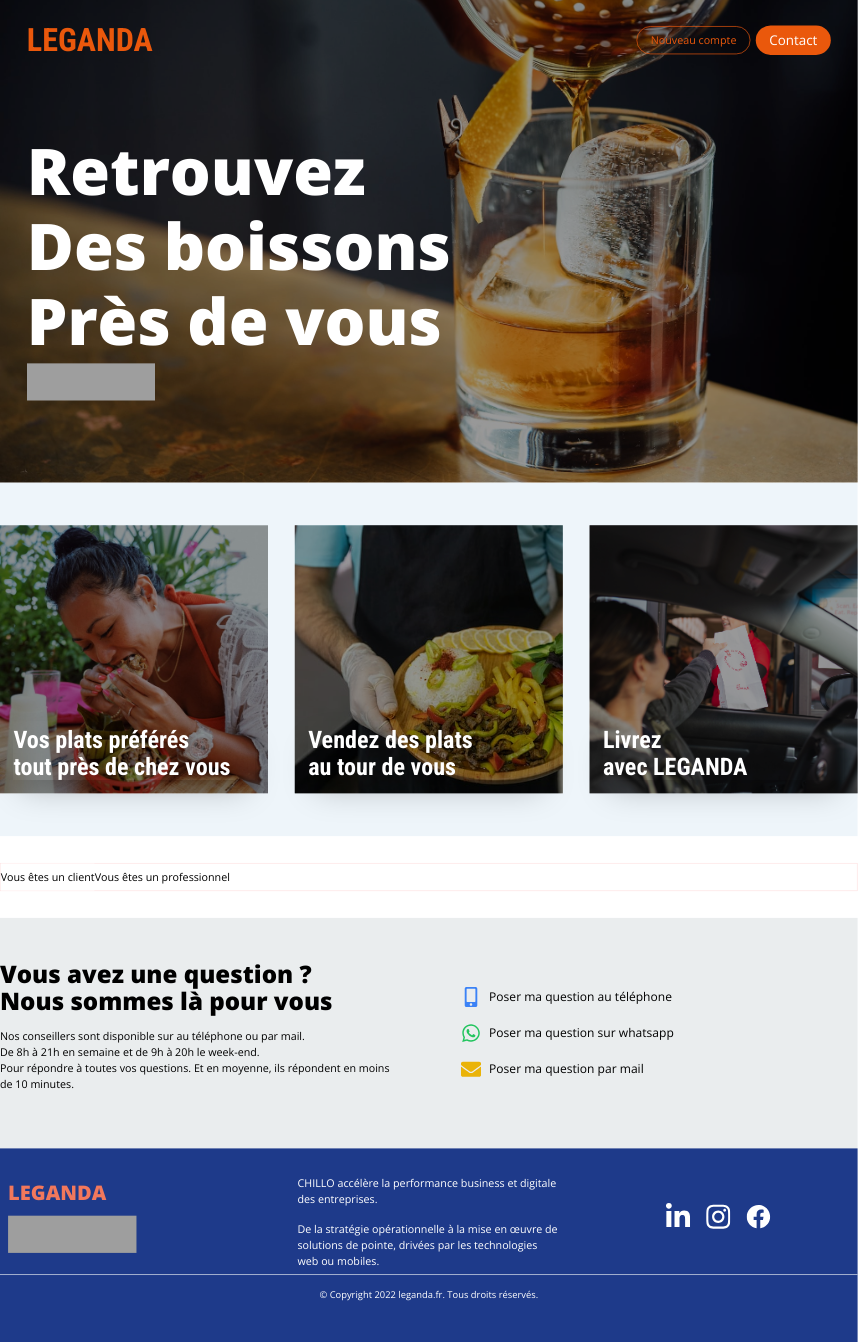
Repository: chillo-tech/website-leganda
Page: /
These files come from the project's save history. The page is drawn as it stood at one moment and after the next save; the edit follows.
The browser window is 1280 px wide. The pictures show the whole page, at 67% of full size.
Pictures or frames that could not be fetched are drawn as grey boxes. The project was rebuilt for these pictures with package versions that can differ from the ones it lists, and the page was loaded fresh each time. Some packages were replaced by stand-ins written for this rebuild. The framework's server and built-in components were replaced by stand-ins that run in the browser. Also part of the build but not shown: next.config.js, components/header/items/SearchBar.tsx.

Above is the page before, as saved 2023-02-09 11:26:04.

### pages/_document.tsx
import { Html, Head, Main, NextScript } from 'next/document'
import Footer from '../components/footer/Footer';

export default function Document() {
	return (
		<Html className="scroll-smooth">
			<Head>
        <link rel="preconnect" href="https://fonts.googleapis.com"/>
        <link rel="preconnect" href="https://fonts.gstatic.com"/>
        <link href="https://fonts.googleapis.com/css2?family=Open+Sans:ital,wght@0,300;0,800;1,800&family=Roboto&family=Roboto+Condensed:wght@700&display=swap" rel="stylesheet"/>
        <link rel="icon" href="/favicon.ico" />
			</Head>
			<body className='flex flex-col h-screen justify-between'>
				<Main />
				<NextScript />
				<Footer />
        <script defer type="text/javascript" src="https://maps.googleapis.com/maps/api/js?key=AIzaSyBoBBvzxlRlkbfYzZcHp8ALOwBk3YjfB-I&libraries=places" />
			</body>
		</Html>
	)
}

### styles/globals.css
@tailwind base;
@tailwind components;
@tailwind utilities;
body {
  font-family: 'Open Sans', 'Roboto', sans-serif;
}
.title {
  font-family: 'Roboto Condensed', sans-serif;
}
@layer base {
  [type="text"],
  [type="email"],
  [type="url"],
  [type="password"],
  [type="number"],
  [type="date"],
  [type="datetime-local"],
  [type="month"],
  [type="search"],
  [type="tel"],
  [type="time"],
  [type="week"],
  [multiple],
  textarea,
  select {
    @apply w-full border-gray-300 rounded-lg shadow-sm focus:border-blue-500 focus:ring-blue-500;
  }
  [type="checkbox"],
  [type="radio"] {
    @apply border-gray-300 rounded text-blue-600 focus:ring-blue-500;
  }
}

.bg-site-blue {
    background-color: #86aec0;
    color: #000000;
}

.bg-site-orange {
    background-color: #f6ac9f;
}

.color-site-blue {
   color: #86aec0;
}

.color-site-orange {
    color: #f2785c;
}

.home-page-article {
  min-height: 400px;
}

### context/search-context-provider.tsx
import { SearchParams } from '../types';
import { Context,createContext, useMemo, useReducer, useCallback } from 'react'
import SearchReducer from './SearchReducer';
import { Param } from '../types/Param';
import { INITIAL_STATE, UPDATE_SEARCH_CRITERIA } from '../utils';
import { SearchContextData } from '../types/SerchContextData';
type Props = {
  children: JSX.Element,
};
export const SearchContext = createContext<SearchContextData>({state: INITIAL_STATE});
function SearchContextProvider({children}: Props) {
  const [state, dispatch] = useReducer(SearchReducer, INITIAL_STATE);

  const update = useCallback(
    (data: Param) =>
      dispatch({
        type: UPDATE_SEARCH_CRITERIA,
        data
      }),
    [],
  );
  const value = useMemo(
    () => ({state, update }),
    [state,update],
  );
  return (
    <SearchContext.Provider value={value}>
      {children}
    </SearchContext.Provider>
  )
}

export default SearchContextProvider;

### components/footer/Footer.tsx

import React from 'react';
import { FaFacebook, FaInstagram, FaLinkedinIn } from 'react-icons/fa';
import Link from 'next/link'
import { cn, STORES } from '../../utils';
import Image from 'next/image';
function Footer() {
	return (
			<footer className="bg bg-blue-900 text-white pb-10 pt-10 font-extralight flex flex-col" id="a-propos-de-nous">
				<div className="container mx-auto px-3">
					<div className="grid grid-cols-1 gap-10 md:grid-cols-3 md:p-0 items-center">
						<div className="presentation">
              <Link href='/' className='mb-5 color-site-orange uppercase font-extrabold text-3xl'>LEGANDA
              </Link>
              <p className="flex py-4 items-center justify-center md:justify-start">
                {STORES.filter((item: any) => item.active).map((item: any, index: number) => (
                    <Link
                        href="#"
                        target="_blank"
                        key={`liens-${index}`}
                        className="block items-center py-2 w-48 h-14 relative">
                      <Image
                          fill={true}
                          src={`/images/${item.image}`}
                          alt={item?.label}
                      />
                    </Link>
                ))}
              </p>
						</div>
						<div className="presentation">
							<p className='mb-5'>CHILLO accélère la performance business et digitale des entreprises. </p>
							<p>De la stratégie opérationnelle
								à la mise en œuvre de solutions de pointe, drivées par les technologies web ou mobiles.</p>
						</div>
						<div className="presentation flex flex-col items-center justify-center">
							<div className='px-10 flex items-center justify-between text-center'>
								<FaLinkedinIn color='text-slate-300' className='px-3 text-6xl'/>
								<FaInstagram className='px-3 text-6xl'/>
								<FaFacebook className='px-3 text-6xl'/>
							</div>
							<div className='py-2'>

							</div>
						</div>
					</div>
				</div>
				<div className="copyright border-top-1 mt-2 font-light">
					<div className="container py-5 text-sm mx-auto text-center border-solid border-t border-slate-200">
						&copy; Copyright {(new Date()).getFullYear()} leganda.fr. Tous droits réservés.
					</div>
				</div>
			</footer>

	);
}

export default Footer;

### components/questions/Questions.tsx
import Link from 'next/link'
import React from 'react'
import { FaEnvelope, FaMobileAlt, FaWhatsapp } from 'react-icons/fa'

function Questions() {
  return (
    <section className='py-16 bg-app-light-green'>
        <div className="container grid md:grid-cols-2 md:gap-24 items-center px-3 md:px-0">
          <article>
            <h2 className='md:text-4xl text-3xl font-semibold text-black'>
              <p className='p-0 m-0'>Vous avez une question ?</p>
              <p className='p-0 m-0'>Nous sommes là pour vous</p>
            </h2>
            <div className='py-5'>
              <p className='p-0 m-0'>Nos conseillers sont disponible sur au téléphone ou par mail.</p>
              <p className='p-0 m-0'>De 8h à 21h en semaine et de 9h à 20h le week-end.</p>
              <p className='p-0 m-0'>Pour répondre à toutes vos questions. Et en moyenne, ils répondent en moins de 10 minutes.</p>
            </div>
          </article>
          <article>
              <Link href="tel:0033761705745" className='py-3 text-lg flex'>
                  <FaMobileAlt className='text-3xl text-blue-500 mr-3' /> Poser ma question au téléphone
              </Link>
              <Link href="whatsapp:0033761705745" className='py-3 text-lg flex'>
                  <FaWhatsapp className='text-3xl text-green-500 mr-3' /> Poser ma question sur whatsapp
              </Link>
              <Link href="mailto:armelle.leganda@gmail.com" className='py-3 text-lg flex'>
                  <FaEnvelope className='text-3xl text-yellow-500 mr-3' /> Poser ma question par mail
              </Link>
          </article>
        </div>
    </section>
  )
}

export default Questions

### components/header/Header.tsx
import { faPhone, faUser } from '@fortawesome/free-solid-svg-icons'
import { FontAwesomeIcon } from '@fortawesome/react-fontawesome'
import Link from 'next/link'
import React from 'react'
import SearchBar from './items/SearchBar'

function Header({withSearchBar = true}: {withSearchBar?: boolean}) {
  return (
    <header className="container py-4">
       <nav className='flex justify-between items-center'>
        <Link href="/" className='text-orange-600 uppercase title text-5xl'>LEGANDA
        </Link>
        {withSearchBar ? <SearchBar /> : null }
        <ul className='md:flex justify-between items-center hidden'>
          <li>
            <Link href="/" className='border border-orange-600 rounded-3xl px-5 py-2 text-orange-600 flex justify-between items-center'>
                <FontAwesomeIcon icon={faUser} className="hidden border-none text-xs mr-2" size='xs' />
                Nouveau compte
            </Link>
          </li>
          <li  className='ml-2'>
          <Link href="/" className='bg-orange-600 rounded-3xl text-xl px-5 font-medium py-2 flex text-white'>
              <FontAwesomeIcon icon={faPhone} className="hidden border-none mr-2"/>
              Contact
          </Link>
          </li>
        </ul>
      </nav>
    </header>
  )
}

export default Header

### utils/index.ts
export * from './clear-string';
export * from './DateFormat';
export * from './isValidPhoneNumber';
export * from './isValidEmail';
export * from './Endpoints';
export * from './Data';
export * from './request-options';

### components/tabs/index.tsx
import classNames from 'classnames';
import React, { useState } from 'react'

function Tabs({items}: any) {
  const [activeTab, setActiveTab] = useState("tab-0");
  return (
    <section className='container px-3 md:px-0 py-10'>
      <ul className='flex  border border-red-100 justtify-center items-center'>
        {items.map((item: any, index: number) => (
          <li key={`tab-${index}`} className={classNames({ 'bg-white': activeTab === `tab-${index}` })}>
            <button type='button' className='w-full py-2'>{item.label}</button>
          </li>
        ))}
      </ul>
    </section>
  )
}

export default Tabs

### utils/how-it-works.ts
const HOW_IT_WORKS: any = [
  {
    "label": "Vous êtes un client"
  },
  {
    "label": "Vous êtes un professionnel"
  }
]

export {HOW_IT_WORKS}

### context/SearchReducer.ts
import { UPDATE_SEARCH_CRITERIA } from './../utils/Data';
import { Action } from './../types/Action';
import { SearchParams } from "../types";

function SearchReducer (state: SearchParams, action: Action){
  switch(action.type){
    case UPDATE_SEARCH_CRITERIA: {
        return {
          ...state,
          [action.data.key]: action.data.value
        }
    }
  }
  return state;
}

export default SearchReducer;

### utils/clear-string.ts
export const cleanString = (entry: string) => {
	return entry ? entry.replace(/^[\s\uFEFF\xA0]+|[\s\uFEFF\xA0]+$/g, '') : '';
}

### utils/DateFormat.ts
export const getFormattedDate = (entry: Date) => {
	const year = entry.getFullYear();
	const month = `0${entry.getMonth() + 1}`.slice(-2);
	const day = `0${entry.getDate()}`.slice(-2);
	return `${day}/${month}/${year}`;
};

export const getFormattedTime = (entry: Date) => {
	const hours = `0${entry.getHours()}`.slice(-2);
	const minutes = `0${entry.getMinutes()}`.slice(-2);
	return `${hours}:${minutes}`;
};

const getWeekNumber = (entry: Date) => {
	// Copy date so don't modify original
	const date = new Date(Date.UTC(entry.getFullYear(), entry.getMonth(), entry.getDate()));
	// Set to nearest Thursday: current date + 4 - current day number
	// Make Sunday's day number 7
	date.setUTCDate(date.getUTCDate() + 4 - (date.getUTCDay() || 7));
	// Get first day of year
	const yearStart = new Date(Date.UTC(date.getUTCFullYear(), 0, 1));
	// Calculate full weeks to nearest Thursday
	return Math.ceil((((Number(date) - Number(yearStart)) / 86400000) + 1) / 7);
	// Return array of year and week number

}

export const getDayAndMonthLabel = (entry: Date) => {
	const days = ['Dimanche', 'Lundi', 'Mardi', 'Mercredi', 'Jeudi', 'Vendredi', 'Samedi'];
	const months = ["Jan.", "Fev.", "Mars", "Avr.", "MaI", "Juin",
		"Jul.", "Août", "Sep.", "Oct.", "Nov.", "Dec."
	];
	return [days[entry.getDay()], months[entry.getMonth()]];
}

export const getDisplayedDate = (entry: string = "") => {
	if (!entry.trim().length) {
		return entry;
	}
	const adWeekNo = getWeekNumber(new Date(entry));
	const todayWeekNo = getWeekNumber(new Date());
	if ((adWeekNo - todayWeekNo) > 1) {
		const [dayOfDate, month, year] = getFormattedDate(new Date(entry)).split('/');
		const [dayOfWeekLabel, monthLabel] = getDayAndMonthLabel(new Date(entry));
		return `${dayOfWeekLabel}, ${dayOfDate} ${monthLabel}`;
	} else {
		const [dayOfWeekLabel] = getDayAndMonthLabel(new Date(entry));
		return dayOfWeekLabel;
	}
};

### utils/isValidPhoneNumber.ts
export const isValidPhoneNumber = (value: string) => {
	const PHONE_REGEXP = /^0[6|7]\d{8}$/
	return PHONE_REGEXP.test(value);
}

### utils/isValidEmail.ts
export const isValidEmail = (value: string) => {
	const EMAIL_REGEXP = /^\S+@\S+\.\S+$/;
	return value.trim().length ? EMAIL_REGEXP.test(value) : true;
}

### utils/Endpoints.ts
export const LOCAL_DNS = 'http://192.168.111.244:9090';//verifier ipconfig avant d'exécuter
export const PROD_DNS = "https://api.leganda.chillo.fr";
export const IMAGES_URL = `${PROD_DNS}/assets`;
export const BACKOFFICE_URL = `${PROD_DNS}/api/v1`;
export const ADS_ENDPOINT = "ad";
export const FAVORITE_ENDPOINT = "favorite";
export const ACCOUNT_ENDPOINT = "account";
export const ADDRESS_ENDPOINT = "address";
export const CATEGORY_ENDPOINT = "category";
export const GOOGLE_PACES_API_BASE_URL = 'https://maps.googleapis.com/maps/api/place';
export const GOOGLE_PACES_API_KEY = 'AIzaSyBoBBvzxlRlkbfYzZcHp8ALOwBk3YjfB-I';
export const MAP_ZOOM = 10;
export const GOOGLE_PACES_CENTER_COORDINATES = {lat: 48.117266,lng: -1.677793};

### utils/Data.ts
import {EMAIL, PHONE} from "./providers";
export const CATEGORY_BGCOLORS = [ "#BCA1F2", "#BCDDE4", "#CFEACB", "#F4E169"];
export const PLUS_FAVORITES_UPDATED = "Super cette annonce a été ajoutée à vos favoris";
export const REMOVE_FAVORITES_UPDATED = "Cette annonce a été retirée de vos favoris";
export const AUTHENTICATED_USER = "authenticatedUser";
export const MAPBOX_ACCESSTOKEN = "pk.eyJ1IjoiYWNoaWxsZW1ib3VndWVuZyIsImEiOiJja3Zvd3EzcmswaThkMnZrZ25iYmtveDBhIn0.pDR7pKL18d3iz5NoaRmWYg";
export const RESET_AD = "RESET_AD";
export const DELETE_KEY = "DELETE_KEY";
export const SET_NUMBER_OF_CHILDREN = "SET_NUMBER_OF_CHILDREN";
export const SET_ADS = "SET_ADS";
export const SET_CATS = "SET_CATS";
export const SET_CAT = "SET_CAT";
export const SET_AD = "SET_AD";
export const SET_SELECTED_ITEM_ID = "SET_SELECTED_ITEM_ID";
export const SET_STEP_INDEX = "SET_STEP_INDEX";
export const UPDATE_AD = "UPDATE_AD";
export const UPDATE_SEARCH_CRITERIA = "UPDATE_SEARCH_CRITERIA";
export const UPDATE_USER_INFOS = "UPDATE_USER_INFOS";
export const USER_TOKEN = "USER_TOKEN";
export const SIGN_IN = 'SIGN_IN';
export const SIGN_OUT = 'SIGN_OUT';
export const SIGN_UP = 'SIGN_UP';
export const RECOMMEND_TEXT = "Bonjour, j'ai découvert cette application qui a de belles annonces. Je te la recommande";
export const RESTORE_TOKEN = "RESTORE_TOKEN";
export const AD_PLACEHOLDER = ["Taro du dimanche", "20kg à destination de Yaoundé", "Carton de Guinness", "Stage de developpeur"];
export const STORES = [
	{
		image: 'google-app-store-badge.svg',
		active: true,
		path: '#',
		label: 'LEGANDA sur PLAY STORE'
	},
	{
		image: 'apple-app-store-badge.svg',
		active: false,
		path: '#',
		label: 'LEGANDA sur APPLE STORE'
	}
]
export const HEADERS_ITEMS = [
	{
		image: '/images/food.jpeg',
		active: true,
		label: 'Des mets'
	},
	{
		image: '/images/drinks.jpeg',
		active: false,
		label: 'Des boissons'
	},
	{
		image: '/images/spices.jpeg',
		active: false,
		label: 'Des épices'
	},
	{
		image: '/images/service.jpeg',
		active: false,
		label: 'Des services'
	}
]
export const INITIAL_STATE = {
		address: {city: ''}
}

export const HELP_LINK = {
	whatsapp: `whatsapp://send?text=&phone=${PHONE}`,
	sms: `sms:${PHONE}`,
	mail: `mailto:${EMAIL}`,
	phone: `tel:${PHONE}`
}

export const SHARE_LINK = {
	whatsapp: `whatsapp://send?text=`,
	sms: `sms:body=`,
	mail: `mailto:${EMAIL}`,
	phone: `tel:${PHONE}`
}

export const MORESCREEN_DATA = [
	{
		id: 'recommendations',
		title: "Recommandations",
		items: [
			{
				id: '587',
				icon: 'thumbs-up',
				name: 'sms',
				action: 'recommend',
				title: 'Recommandez notre application',
			},
			{
				id: '588',
				icon: 'facebook',
				name: 'facebook',
				action: 'recommend',
				title: 'Aimez notre page facebook',
			},
			{
				id: '589',
				icon: 'thumbs-up',
				name: 'like',
				action: 'recommend',
				title: 'Notez nous sur le store',
			}
		]
	},
	{
		id: 'assistance',
		title: "assistance",
		items: [
			{
				id: '386',
				icon: 'whatsapp',
				name: 'whatsapp',
				action: 'help',
				title: 'Posez votre question via whatsapp',
			},
			{
				id: '387',
				icon: 'sms',
				name: 'sms',
				action: 'help',
				title: 'Posez votre question  par sms',
			},
			{
				id: '389',
				name: 'mail',
				action: 'help',
				icon: 'envelope',
				title: 'Envoyez nous un mail',
			},
			{
				id: '388',
				icon: 'phone-alt',
				name: 'phone',
				action: 'help',
				title: 'Appelez nous',
			}
		]
	}
]

export const loaderProp =({ src }: {src: string}) => {
  console.log('====================================');
  console.log(src);
  console.log('====================================');
  return src;
}
export const cn = (...classes: string[]) =>{
  return classes.filter(Boolean).join(' ')
}

### utils/request-options.ts
export const getHeaders = () => ({
	'X-Requested-With': 'XMLHttpRequest',
	'Content-Type': 'application/x-www-form-urlencode',
	Accept: "application/json"
});

### utils/providers.ts


export const PHONE = "+33761705745";
export const EMAIL = "achille.mbougueng@yahoo.fr";

export const OPENCAGE_GEOCODE_API = "https://api.opencagedata.com/geocode/v1/json";
export const OPENCAGE_API_KEY = "2dd86530d37b4cf3a321d24e6c624a40";

export const MAPBOX_API_KEY = "pk.eyJ1IjoiYWNoaWxsZW1ib3VndWVuZyIsImEiOiJja3Zvd3EzcmswaThkMnZrZ25iYmtveDBhIn0.pDR7pKL18d3iz5NoaRmWYg";
export const MAPBOX_PLACES = "https://api.mapbox.com/geocoding/v5/mapbox.places";

Loaded but not shown: pages/_app.tsx (common file); tailwind.config.js (37 lines, source omitted); pages/index.tsx (146 lines, source omitted)

After the next save:
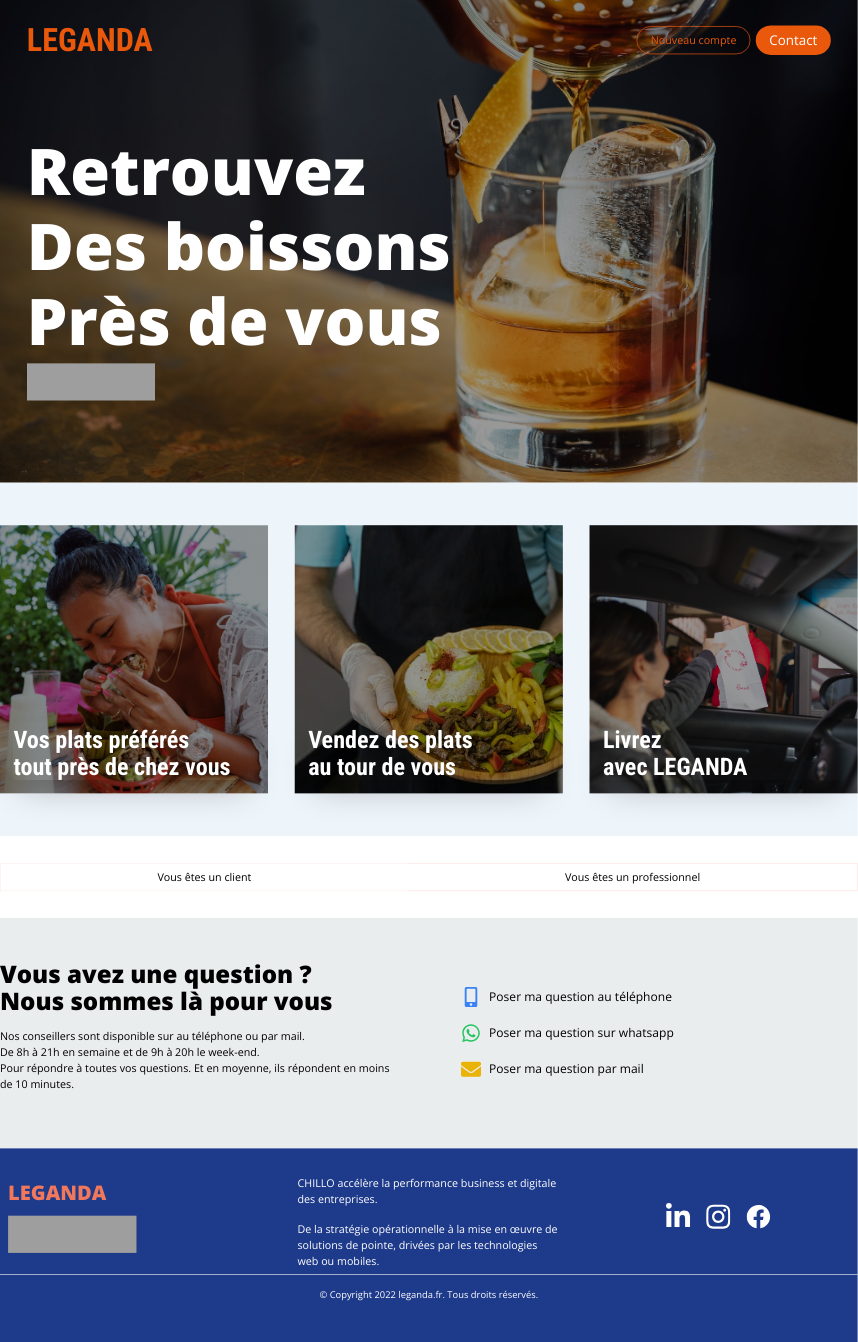
Saved 21 s later.
--- a/components/tabs/index.tsx
+++ b/components/tabs/index.tsx
@@ -7,7 +7,7 @@
     <section className='container px-3 md:px-0 py-10'>
       <ul className='flex  border border-red-100 justtify-center items-center'>
         {items.map((item: any, index: number) => (
-          <li key={`tab-${index}`} className={classNames({ 'bg-white': activeTab === `tab-${index}` })}>
+          <li key={`tab-${index}`} className={classNames('grow',{ 'bg-white': activeTab === `tab-${index}` })}>
             <button type='button' className='w-full py-2'>{item.label}</button>
           </li>
         ))}
